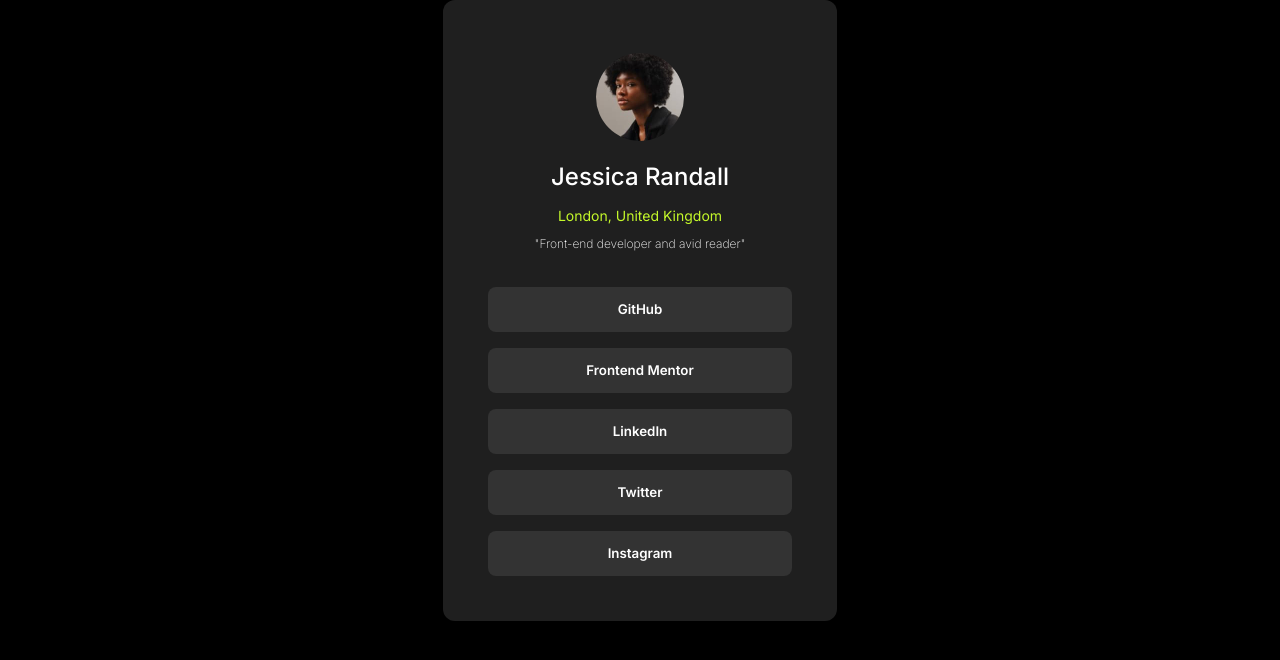
Repository: brandontaylor1/social-links-profile
Page: index.html
The author's editor kept a copy of each file at every save. The page is drawn from the files as they stood at one save, then again after the next save.
The browser window is 1280 px wide. The pictures show the whole page.

Above is the page before, as saved 2024-12-25 17:55:30.

After the next save:
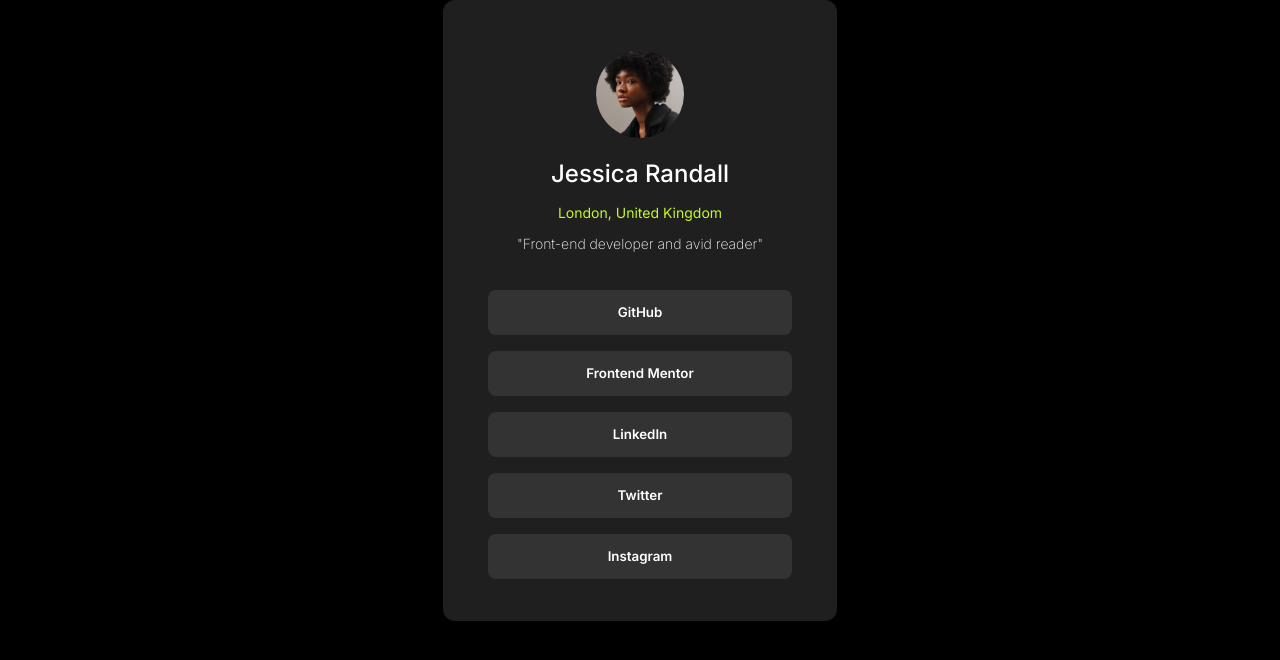
Saved 14 s later.
--- a/styles.css
+++ b/styles.css
@@ -60,7 +60,7 @@ body {
 }
 
 .profile-text p {
-    font-size: 12px;
+    font-size: 14px;
     font-family: "Inter", sans-serif;
     font-weight: 200;
     color: var(--color-white);
